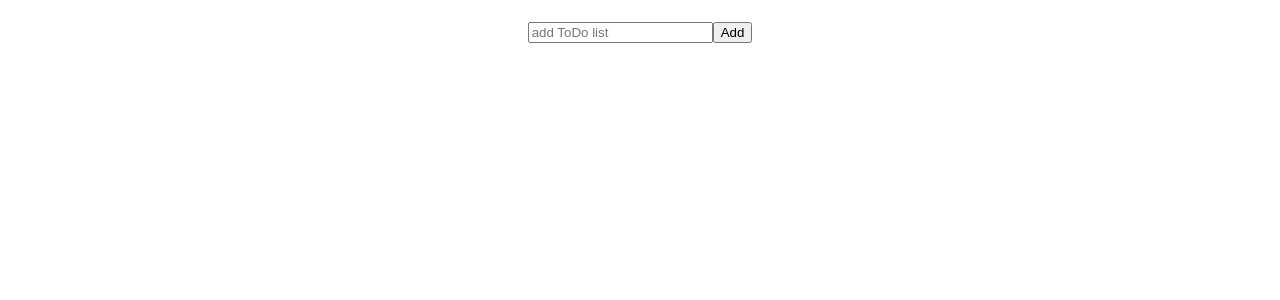
Repository: Seryozha02/ToDo
Page: /
The author's editor kept a copy of each file at every save. The page is drawn from the files as they stood at one save, then again after the next save.
The browser window is 1280 px wide. The pictures show the whole page.
The project was rebuilt for these pictures with package versions that can differ from the ones it lists, and the page was loaded fresh each time.

Above is the page before, as saved 2022-03-07 23:14:21.

### src/App.js
import './App.css';
import Todolist from './components/TodoList';

function App() {
  return (
    <div className="App">
        <Todolist />

    </div>
  );
}

export default App;

### src/components/TodoList.jsx
import React from 'react';
import { useState } from 'react';
import Form from './Form';
import List from './List';
import "./TodoList.css"
const Todolist = () => {

    const [todos, setTodos] = useState([]);

    function handleToDoAdd(inputText){
        alert("add");
        if(!inputText){
            return
        }
        const todo = {
            id: Math.random(),
            value: inputText,
            isChecked: false,
            isEditMode:false
        }
        setTodos([...todos, todo]);

        console.log(todos)
    }
    function handleDeleteTodo(id){
        const filterTodos=todos.filter(item=>{
          return item.id !== id
       })
       setTodos(filterTodos);
    }
    function handleEditTodo(id){
        setTodos(todos.map(item=>{
            if(id ===item.id){
                return{...item,isEditMode:!item.isEditMode}
            }else{
                return item;
            }
        }))

    }
    function handleComletedChange(id){
       setTodos(  todos.map(item=>{
            if(item.id === id){

               return {...item,isChecked:!item.isChecked}

            }
            return item
        }));

    }
    function handleUpdeate(id){
    //    alert("update");

    }
    return (
        <div>

            <div>
            <h1></h1>
           <div>
          <Form  onSubmit={handleToDoAdd} />
            <List todos = {todos}  onCompleted={handleComletedChange} onEdit={handleEditTodo}
            onDelete={handleDeleteTodo} onUpdate={handleUpdeate} />
           </div>

           </div>
        </div>
    );
}
export default Todolist;

### src/components/Form.jsx
import { useState } from "react";
function Form({onSubmit}){
    const [inputText, setInputText] = useState("");
    function handleChangeInputText(e){
        setInputText(e.target.value);
        console.log(inputText);
    }
    return(
        <div>
            <input type="text" value={inputText} placeholder='add ToDo list' onChange={(e)=>{
            handleChangeInputText(e);
        }} />

         <button onClick={()=>{
             onSubmit(inputText)
             setInputText("");
         }}>Add</button></div>


    )
}
export default Form;

### src/components/List.jsx
import Form from "./Form";
function List({todos,onCompleted,onEdit,onDelete,inputText,onUpdate}){
    return(
               <div className='todoList'>
                   {todos.map((todo) => {
                     return  todo.isEditMode?<Form inputText={inputText}
                     onSubmit={onUpdate} key={todo.id}
                     />:
                     <div  className='todo-row' key={todo.id}>

                    <input type="checkbox" checked={todo.isChecked} onChange={()=>{
                         onCompleted(todo.id);
                    }} />
                    {todo.value}

                    <button onClick={()=>{ onEdit(todo.id)}}>Edit</button>
                    <button onClick={()=>{onDelete(todo.id)}}>Delete</button>
                </div>
            })
            }
             </div>
    )
}
export default List;

### src/components/TodoList.css
.todoList{
    list-style-type: none;
}

    .todo-row {
        display: flex;
        justify-content: space-between;
        align-items: center;
        margin: 4px auto;
        color: #fff;
        background: #008b8b;
        padding: 16px;
        width: 90%;
      }

Loaded but not shown: public/index.html (common file); src/index.js (common file); src/index.css (common file); src/reportWebVitals.js (common file); src/App.css (common file)

After the next save:
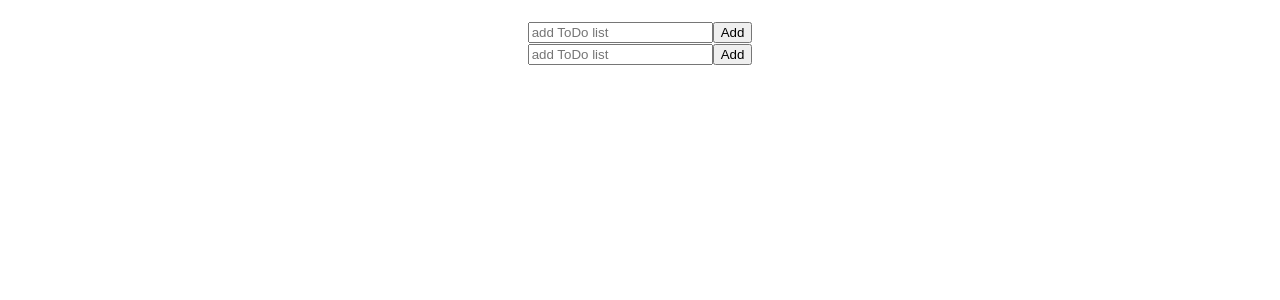
Saved 23 s later.
--- a/src/components/List.jsx
+++ b/src/components/List.jsx
@@ -1,24 +1,23 @@
-import Form from "./Form";
-function List({todos,onCompleted,onEdit,onDelete,inputText,onUpdate}){
+
+import { useState } from "react";
+function Form({onSubmit}){
+    const [inputText, setInputText] = useState("");
+    function handleChangeInputText(e){
+        setInputText(e.target.value);
+        console.log(inputText);
+    }
     return(
-               <div className='todoList'>
-                   {todos.map((todo) => {
-                     return  todo.isEditMode?<Form inputText={inputText}
-                     onSubmit={onUpdate} key={todo.id}
-                     />:
-                     <div  className='todo-row' key={todo.id}>
+        <div>
+            <input type="text" value={inputText} placeholder='add ToDo list' onChange={(e)=>{
+            handleChangeInputText(e);
+        }} />
 
-                    <input type="checkbox" checked={todo.isChecked} onChange={()=>{
-                         onCompleted(todo.id);
-                    }} />
-                    {todo.value}
+         <button onClick={()=>{
+             onSubmit(inputText)
+             setInputText("");
+         }}>Add</button></div>
 
-                    <button onClick={()=>{ onEdit(todo.id)}}>Edit</button>
-                    <button onClick={()=>{onDelete(todo.id)}}>Delete</button>
-                </div>
-            })
-            }
-             </div>
+
     )
 }
-export default List;
+export default Form;
